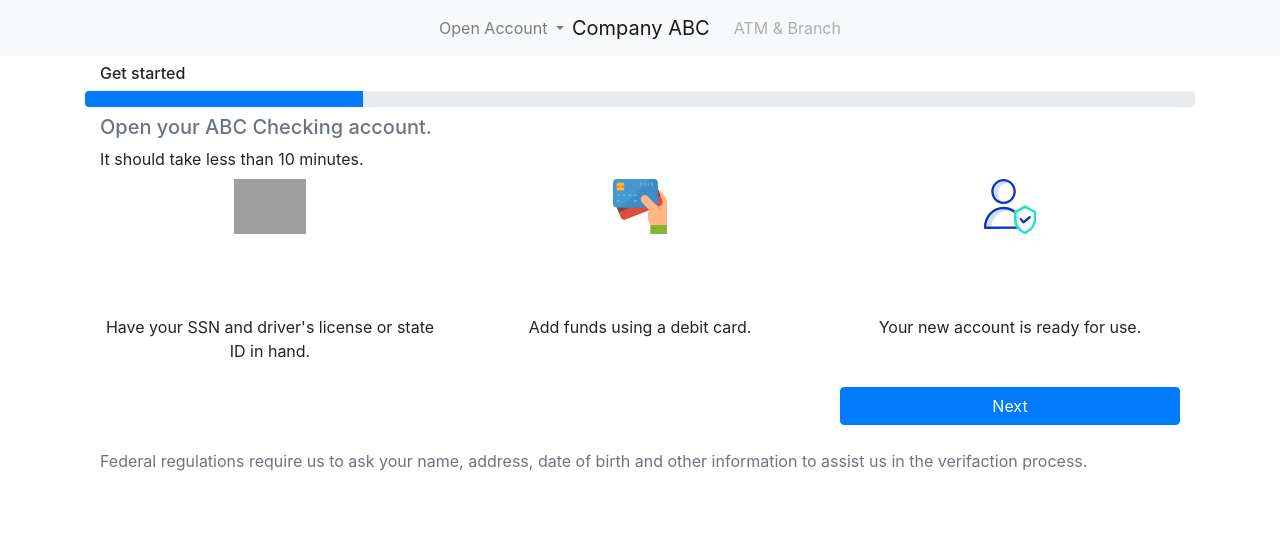
Repository: barriosan95/banking-opening-account-demo
Page: http://localhost/checking/application
The author's editor kept a record of every edit. The page is drawn from the files as they stood at one moment, then again after the next edit.
The browser window is 1280 px wide. The pictures show the whole page.
Pictures or frames that could not be fetched are drawn as grey boxes. Some web fonts or font styles are not loaded; a fallback is used. Some web libraries are served in a nearby version. The page is served by the project's Node server (index.js).

Above is the page before.

### views/checking_app.ejs
<% include ./partials/header %>
    <div class ="container">
        <div class ="container mt-2">
            <h6 class="mb-0"> Get started<h6>
        </div>
        <div class="progress">
            <div class="progress-bar" role="progressbar" style="width: 25%" aria-valuenow="25" aria-valuemin="0" aria-valuemax="100"></div>
        </div>
        <div class ="container mt-2 mb-2 text-muted">
            <h5> Open your ABC Checking account.</h5>
        </div>
        <div class ="container">
            <label> It should take less than 10 minutes.</label>
            <div class ="row">
                <div class ="col-md-4 d-flex flex-column align-items-center">
                    <img class=" app-img img-fluid" src="/icons/identification.svg">
                </div>
                <div class ="col-md-4 d-flex flex-column align-items-center">
                    <img class="app-img img-fluid" src="/icons/debit-card.svg">
                </div>
                <div class ="col-md-4 d-flex flex-column align-items-center">
                    <img class="app-img img-fluid" src="/icons/user.svg">
                </div>
            </div>
            <div class ="row">
                <div class ="col-md-4 text-center">
                    <p>Have your SSN and driver's license or state ID in hand.</p>
                </div>
                <div class ="col-md-4 text-center">
                    <p>Add funds using a debit card. </p>
                </div>
                <div class ="col-md-4 text-center">
                    <p>Your new account is ready for use.</p>
                </div>
            </div>
            <div class ="row">
                <div class="col-md-4 ml-auto">
                    <a href="/checking/application" > <button class="btn btn-primary btn-block mt-2">Next</button></a>
                </div>
            </div>
        </div>
        <div class="container mt-4">
            <p class="text-muted"> Federal regulations require us to ask your name, address, date of birth and other information to assist us in the verifaction process.</p>
        </div>
    </div>
<% include ./partials/footer %>

### views/partials/header.ejs
<!DOCTYPE HTML!>
<html>

    <head>


        <!--CDN Bootstrap v4.1.3-->
        <link rel="stylesheet" href="https://stackpath.bootstrapcdn.com/bootstrap/4.1.3/css/bootstrap.min.css">
        <link rel="stylesheet" href="https://cdnjs.cloudflare.com/ajax/libs/font-awesome/4.7.0/css/font-awesome.min.css">

        <!--Ref stylesheets -->
        <link rel= "stylesheet" type="text/css" href="/styles/app.css">


        <!--font -->
        <link href="https://fonts.googleapis.com/css?family=Muli:200,300,400,700,800" rel="stylesheet">


        <!--Will ensure proper responsivness on mobile devices-->
        <meta name="viewport" content="width=device-width, initial-scale=1, shrink-to-fit=no">

        <title> Banking OA Demo </title>

        <meta name="viewport" content="width=device-width, initial-scale=1, maximum-scale=1, user-scalable=no">

    </head>

    <body>

    <!--NAVBAR-->
        <nav class="navbar navbar-expand-lg navbar-light bg-light">
            <button class="navbar-toggler" type="button" data-toggle="collapse" data-target="#navbarNavDropdown" aria-controls="navbarNavDropdown" aria-expanded="false" aria-label="Toggle navigation">
                <span class="navbar-toggler-icon"></span>
            </button>

            <div class="collapse navbar-collapse" id="navbarNavDropdown">
                <ul class="navbar-nav mx-auto">
                    <li class="nav-item dropdown">
                        <a class="nav-link dropdown-toggle" href="#" id="navbarDropdown" role="button" data-toggle="dropdown">
                            Open Account
                        </a>
                        <div class="dropdown-menu" aria-labelledby="navbarDropdown">
                          <a class="dropdown-item" href="/checking">Checking Accounts</a>
                          <div class="dropdown-divider"></div>
                          <a class="dropdown-item" href="/savings">Savings Accounts </a>
                          <div class="dropdown-divider"></div>
                          <a class="dropdown-item" href="#">Money Market Accounts</a>
                          <div class="dropdown-divider"></div>
                          <a class="dropdown-item" href="#">CD and IRA's</a>

                        </div>
                    </li>
                    <a class="navbar-brand" href="/"> Company ABC </a>
                     <li class="nav-item">
                        <a class="nav-link disabled" href="#">ATM & Branch</a>
                     </li>
                </ul>
            </div>
        </nav>

### views/partials/footer.ejs

        <!--Bootstrap js scripts-->
        <script src="https://code.jquery.com/jquery-3.3.1.min.js" integrity="sha256-FgpCb/KJQlLNfOu91ta32o/NMZxltwRo8QtmkMRdAu8="crossorigin="anonymous"></script>
        <script src="https://cdnjs.cloudflare.com/ajax/libs/popper.js/1.12.9/umd/popper.min.js" integrity="sha384-ApNbgh9B+Y1QKtv3Rn7W3mgPxhU9K/ScQsAP7hUibX39j7fakFPskvXusvfa0b4Q" crossorigin="anonymous"></script>
        <script src="https://maxcdn.bootstrapcdn.com/bootstrap/4.0.0/js/bootstrap.min.js" integrity="sha384-JZR6Spejh4U02d8jOt6vLEHfe/JQGiRRSQQxSfFWpi1MquVdAyjUar5+76PVCmYl" crossorigin="anonymous"></script>
        <!--JS SCIPTs -->

        <script src="/js/forms.js"></script>
        <script src="https://cdn.jsdelivr.net/npm/jquerykeyframes@1.0.5/dist/jquery.keyframes.min.js"></script>

    </body>
</html>

### index.js
const express = require('express');


const mainRoutes = require('./routes/main');

//APP CONFIGURATIONS
var app = express();
    app.set('view engine','ejs');
    app.use(express.static("public"));
    app.use(mainRoutes);





app.listen(process.env.PORT,process.env.IP,function(){
    console.log('Server established.');
});

### routes/main.js
const express = require('express');

const router = express.Router();

router.get("/", function(req,res){
    res.render('main');
});

router.get("/checking",function(req,res){
    res.render('checking');
});

router.get("/savings",function(req,res){
    res.render('savings');
});

router.get("/checking/application",function(req,res){
   res.render('checking_app');
});

router.get("/checking/application/customerInfo",function(req,res){
   res.render('info_app');
});


module.exports = router;

### public/styles/app.css
.app-img{
    max-height: 40%;
    max-width: 40%;
}

### public/icons/debit-card.svg
<svg xmlns="http://www.w3.org/2000/svg" height="591pt" version="1.1" viewBox="0 0 591.60405 591" width="591pt">
<g id="surface1">
<path d="M 555.878906 168.519531 L 449.105469 61.542969 L 449.105469 490.230469 L 592 490.230469 L 592 255.378906 C 592 222.769531 578.996094 191.507812 555.878906 168.519531 Z M 555.878906 168.519531 " style=" stroke:none;fill-rule:nonzero;fill:rgb(100%,71.764706%,50.980392%);fill-opacity:1;" />
<path d="M 83.457031 412.117188 L 2.738281 202.570312 C -5.363281 181.535156 5.117188 157.90625 26.164062 149.800781 L 407.15625 3.046875 C 428.191406 -5.054688 451.820312 5.425781 459.921875 26.472656 L 540.640625 236.019531 C 548.742188 257.054688 538.261719 280.683594 517.214844 288.789062 L 136.234375 435.542969 C 115.1875 443.644531 91.570312 433.152344 83.457031 412.117188 Z M 83.457031 412.117188 " style=" stroke:none;fill-rule:nonzero;fill:rgb(87.058824%,29.803922%,23.529412%);fill-opacity:1;" />
<path d="M 489.011719 101.960938 L 32.195312 279.03125 L 62.613281 357.992188 L 519.449219 181.003906 Z M 489.011719 101.960938 " style=" stroke:none;fill-rule:nonzero;fill:rgb(47.843137%,28.627451%,18.823529%);fill-opacity:1;" />
<path d="M 0.00390625 265.679688 L 0.00390625 41.128906 C 0.00390625 18.582031 18.285156 0.300781 40.832031 0.300781 L 449.105469 0.300781 C 471.652344 0.300781 489.933594 18.582031 489.933594 41.128906 L 489.933594 265.679688 C 489.933594 288.226562 471.652344 306.507812 449.105469 306.507812 L 40.832031 306.507812 C 18.285156 306.507812 0.00390625 288.226562 0.00390625 265.679688 Z M 0.00390625 265.679688 " style=" stroke:none;fill-rule:nonzero;fill:rgb(26.27451%,59.607843%,81.960784%);fill-opacity:1;" />
<path d="M 449.105469 0.300781 L 405.726562 0.300781 L 99.519531 306.507812 L 449.105469 306.507812 C 471.652344 306.507812 489.933594 288.226562 489.933594 265.679688 L 489.933594 41.128906 C 489.933594 18.582031 471.652344 0.300781 449.105469 0.300781 Z M 449.105469 0.300781 " style=" stroke:none;fill-rule:nonzero;fill:rgb(24.313725%,54.901961%,78.039216%);fill-opacity:1;" />
<path d="M 40.832031 163.609375 L 81.660156 163.609375 L 81.660156 184.023438 L 40.832031 184.023438 Z M 40.832031 163.609375 " style=" stroke:none;fill-rule:nonzero;fill:rgb(36.862745%,70.196078%,81.960784%);fill-opacity:1;" />
<path d="M 40.832031 224.851562 L 81.660156 224.851562 L 81.660156 245.265625 L 40.832031 245.265625 Z M 40.832031 224.851562 " style=" stroke:none;fill-rule:nonzero;fill:rgb(36.862745%,70.196078%,81.960784%);fill-opacity:1;" />
<path d="M 224.554688 224.851562 L 265.382812 224.851562 L 265.382812 245.265625 L 224.554688 245.265625 Z M 224.554688 224.851562 " style=" stroke:none;fill-rule:nonzero;fill:rgb(36.862745%,70.196078%,81.960784%);fill-opacity:1;" />
<path d="M 102.074219 163.609375 L 142.898438 163.609375 L 142.898438 184.023438 L 102.074219 184.023438 Z M 102.074219 163.609375 " style=" stroke:none;fill-rule:nonzero;fill:rgb(36.862745%,70.196078%,81.960784%);fill-opacity:1;" />
<path d="M 163.3125 163.609375 L 204.140625 163.609375 L 204.140625 184.023438 L 163.3125 184.023438 Z M 163.3125 163.609375 " style=" stroke:none;fill-rule:nonzero;fill:rgb(36.862745%,70.196078%,81.960784%);fill-opacity:1;" />
<path d="M 224.554688 163.609375 L 265.382812 163.609375 L 265.382812 184.023438 L 224.554688 184.023438 Z M 224.554688 163.609375 " style=" stroke:none;fill-rule:nonzero;fill:rgb(36.862745%,70.196078%,81.960784%);fill-opacity:1;" />
<path d="M 418.484375 41.128906 L 438.898438 41.128906 L 438.898438 71.75 L 418.484375 71.75 Z M 418.484375 41.128906 " style=" stroke:none;fill-rule:nonzero;fill:rgb(36.862745%,70.196078%,81.960784%);fill-opacity:1;" />
<path d="M 377.65625 41.128906 L 398.070312 41.128906 L 398.070312 71.75 L 377.65625 71.75 Z M 377.65625 41.128906 " style=" stroke:none;fill-rule:nonzero;fill:rgb(36.862745%,70.196078%,81.960784%);fill-opacity:1;" />
<path d="M 336.828125 41.128906 L 357.242188 41.128906 L 357.242188 71.75 L 336.828125 71.75 Z M 336.828125 41.128906 " style=" stroke:none;fill-rule:nonzero;fill:rgb(36.862745%,70.196078%,81.960784%);fill-opacity:1;" />
<path d="M 296.003906 41.128906 L 316.414062 41.128906 L 316.414062 71.75 L 296.003906 71.75 Z M 296.003906 41.128906 " style=" stroke:none;fill-rule:nonzero;fill:rgb(36.862745%,70.196078%,81.960784%);fill-opacity:1;" />
<path d="M 408.277344 490.230469 L 592 490.230469 L 592 592.296875 L 408.277344 592.296875 Z M 408.277344 490.230469 " style=" stroke:none;fill-rule:nonzero;fill:rgb(53.333333%,70.196078%,21.568627%);fill-opacity:1;" />
<path d="M 378.320312 184.6875 C 361.007812 167.4375 332.992188 167.488281 315.742188 184.800781 C 299.0625 201.539062 298.484375 228.433594 314.425781 245.878906 L 398.070312 337.128906 C 372.929688 381.128906 374.003906 435.386719 400.855469 478.359375 L 408.277344 490.230469 L 540.964844 490.230469 L 540.964844 347.335938 Z M 378.320312 184.6875 " style=" stroke:none;fill-rule:nonzero;fill:rgb(100%,71.764706%,50.980392%);fill-opacity:1;" />
<path d="M 438.898438 520.851562 L 459.3125 520.851562 L 459.3125 541.265625 L 438.898438 541.265625 Z M 438.898438 520.851562 " style=" stroke:none;fill-rule:nonzero;fill:rgb(41.960784%,58.823529%,16.470588%);fill-opacity:1;" />
<path d="M 40.832031 106.453125 L 40.832031 57.460938 C 40.832031 48.4375 48.140625 41.128906 57.164062 41.128906 L 106.15625 41.128906 C 115.179688 41.128906 122.484375 48.4375 122.484375 57.460938 L 122.484375 106.453125 C 122.484375 115.476562 115.179688 122.785156 106.15625 122.785156 L 57.164062 122.785156 C 48.140625 122.785156 40.832031 115.476562 40.832031 106.453125 Z M 40.832031 106.453125 " style=" stroke:none;fill-rule:nonzero;fill:rgb(99.215686%,71.372549%,18.431373%);fill-opacity:1;" />
<path d="M 40.832031 71.75 L 71.453125 71.75 L 71.453125 92.164062 L 40.832031 92.164062 Z M 40.832031 71.75 " style=" stroke:none;fill-rule:nonzero;fill:rgb(99.215686%,48.235294%,18.431373%);fill-opacity:1;" />
<path d="M 91.867188 71.75 L 122.484375 71.75 L 122.484375 92.164062 L 91.867188 92.164062 Z M 91.867188 71.75 " style=" stroke:none;fill-rule:nonzero;fill:rgb(99.215686%,48.235294%,18.431373%);fill-opacity:1;" />
<path d="M 530.757812 347.335938 C 528.054688 347.335938 525.453125 346.261719 523.542969 344.34375 L 482.714844 303.515625 C 478.796875 299.464844 478.910156 293.003906 482.972656 289.082031 C 486.933594 285.265625 493.199219 285.265625 497.148438 289.082031 L 537.976562 329.910156 C 541.957031 333.902344 541.957031 340.363281 537.976562 344.34375 C 536.054688 346.261719 533.464844 347.335938 530.757812 347.335938 Z M 530.757812 347.335938 " style=" stroke:none;fill-rule:nonzero;fill:rgb(94.901961%,64.313725%,43.529412%);fill-opacity:1;" />
</g>
</svg>

### public/icons/user.svg
<svg height="464pt" viewBox="-7 0 464 464.20294" width="464pt" xmlns="http://www.w3.org/2000/svg"><g fill="#d4e1f4"><path d="m300.402344 348.398438v-60l76.898437-42.097657-24-12.800781-83.800781 45.898438v60c.027344 47.632812 28.25 90.734374 71.902344 109.800781l11.597656 5.101562 6.402344-2.800781c-36.511719-21.519531-58.941406-60.71875-59-103.101562zm0 0"/><path d="m123.703125 125.699219c0-52.851563 42.84375-95.699219 95.699219-95.699219 3.097656 0 6.097656.199219 9.097656.398438-32.085938-25.167969-76.59375-27.246094-110.886719-5.171876-34.289062 22.074219-50.832031 63.449219-41.207031 103.078126 9.625 39.628906 43.300781 68.808593 83.894531 72.695312-23.109375-18.152344-36.605469-45.914062-36.597656-75.300781zm0 0"/><path d="m219.300781 265.199219c11.292969-.007813 22.554688 1.164062 33.601563 3.5-25.121094-15.5-54.085938-23.640625-83.601563-23.5-88.097656.199219-159.398437 70.5-159.199219 166.199219l51-.097657c9.101563-85.300781 76.398438-145.902343 158.199219-146.101562zm0 0"/></g><path d="m169.402344 211.398438c58.375 0 105.699218-47.320313 105.699218-105.699219 0-58.375-47.324218-105.699219-105.699218-105.699219s-105.699219 47.324219-105.699219 105.699219c.054687 58.355469 47.34375 105.644531 105.699219 105.699219zm0-191.398438c47.332031 0 85.699218 38.371094 85.699218 85.699219 0 47.332031-38.367187 85.699219-85.699218 85.699219-47.332032 0-85.699219-38.367188-85.699219-85.699219.054687-47.308594 38.390625-85.644531 85.699219-85.699219zm0 0" fill="#0635c9"/><path d="m20.402344 401.300781c2.097656-39.300781 17.398437-75.199219 43.398437-101.902343 27.699219-28.5 65.199219-44.199219 105.5-44.199219h.300781c33.378907-.191407 65.828126 10.988281 92 31.699219 1.5 1.203124 3 2.5 4.5 3.703124l13-15.101562c-1.699218-1.5-3.398437-2.898438-5.101562-4.300781-29.796875-23.699219-66-36.097657-104.699219-36.097657-45.800781.097657-88.300781 17.898438-119.800781 50.296876-32 32.800781-49.5 77.5-49.398438 126 .015626 5.519531 4.484376 9.984374 10 10l281-.5v-20zm0 0" fill="#0635c9"/><path d="m387.5 315.199219-45.199219 36.800781-16.300781-19.101562c-3.589844-4.195313-9.902344-4.6875-14.097656-1.097657-4.199219 3.589844-4.691406 9.902344-1.101563 14.097657l22.699219 26.5c1.910156 2.214843 4.679688 3.492187 7.601562 3.5 2.292969.019531 4.519532-.757813 6.300782-2.199219l52.800781-42.898438c4.289063-3.511719 4.925781-9.832031 1.425781-14.132812-3.5-4.296875-9.816406-4.957031-14.128906-1.46875zm0 0" fill="#0635c9"/><path d="m444.101562 270.5-86.199218-45.898438c-2.96875-1.621093-6.566406-1.582031-9.5.097657l-83.800782 45.902343c-3.207031 1.765626-5.199218 5.136719-5.199218 8.796876v60c.058594 51.585937 30.628906 98.25 77.898437 118.902343l11.601563 5.097657c1.257812.5625 2.625.835937 4 .800781 1.371094-.023438 2.726562-.292969 4-.800781l13.097656-5.699219c48.132812-20.191407 79.4375-67.304688 79.402344-119.5v-58.800781c.003906-3.714844-2.03125-7.132813-5.300782-8.898438zm-14.699218 67.699219c.019531 44.191406-26.523438 84.066406-67.300782 101.101562h-.101562l-9.097656 3.898438-7.601563-3.300781c-39.992187-17.472657-65.855469-56.953126-65.898437-100.597657v-54.101562l73.898437-40.5 76.101563 40.601562zm0 0" fill="#1ae5be"/></svg>

Loaded but not shown: public/js/forms.js (no copy from this time; the picture is the same without it)

After the next edit:
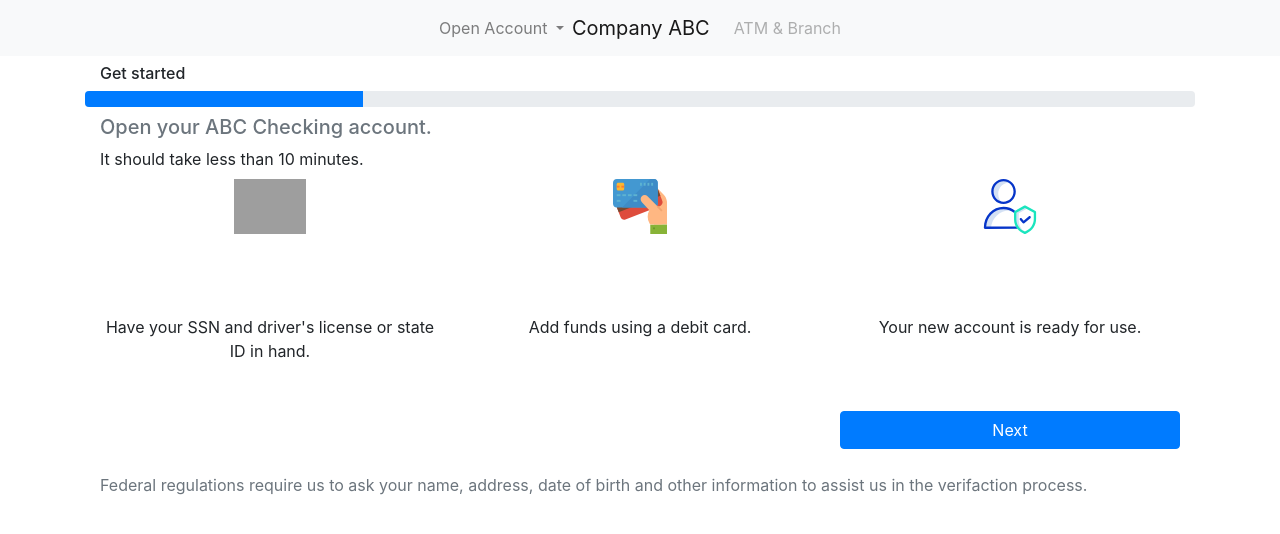
The edit:
--- a/views/checking_app.ejs
+++ b/views/checking_app.ejs
@@ -33,7 +33,7 @@
                     <p>Your new account is ready for use.</p>
                 </div>
             </div>
-            <div class ="row">
+            <div class ="row mt-4">
                 <div class="col-md-4 ml-auto">
                     <a href="/checking/application" > <button class="btn btn-primary btn-block mt-2">Next</button></a>
                 </div>
